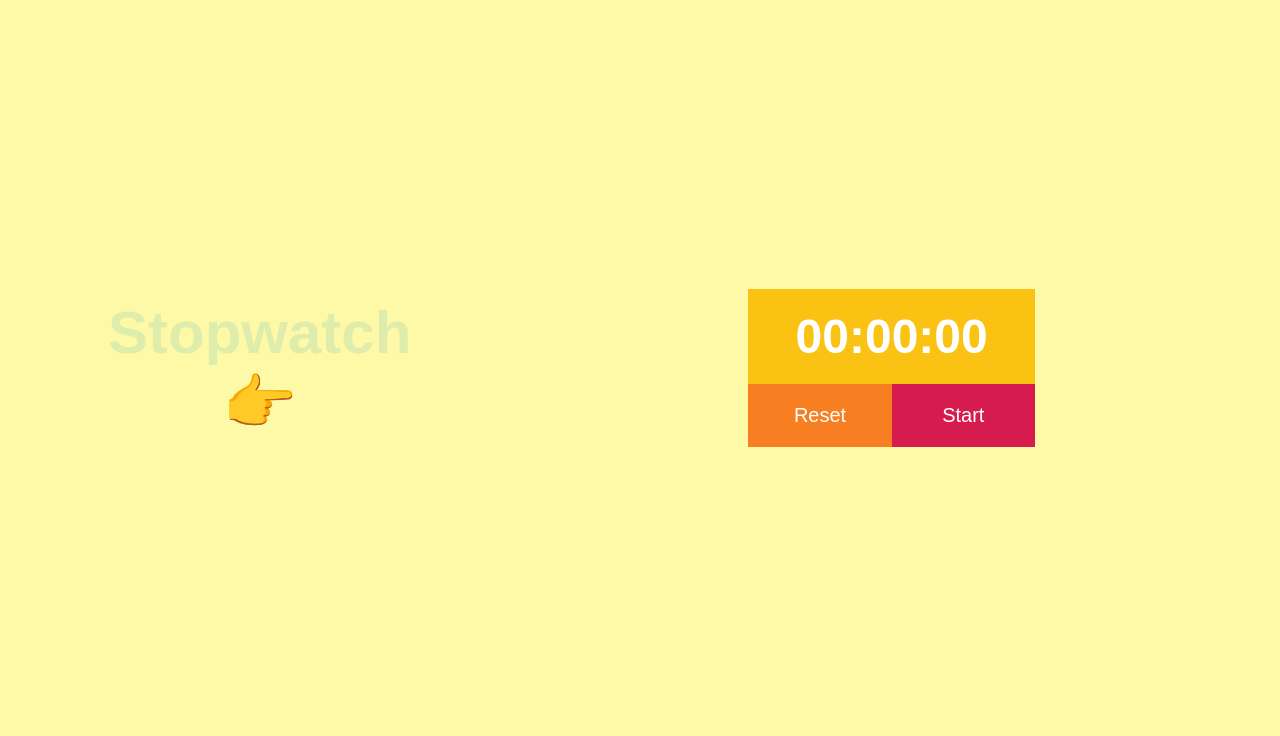
Repository: pilar122/stopwatch
Page: index.html
An editor plug-in stored every save of this project. The page is shown before and after the next save, followed by the edit.
The browser window is 1280 px wide. The pictures show the whole page.

Above is the page before, as saved 2022-06-19 13:04:42.

### index.html
<!DOCTYPE html>
<html>
    <head>
        <title>
            Stopwatch
        </title>
        <link href="stopwatch.css" rel="stylesheet">
        <script src="stopwatch.js"></script>
    </head>

    <div class="header">
        <h1>Stopwatch <br>👉</h1>
    </div>

    <body>

        <div id="stopwatch">
            <!--CURRENT TIME-->
            <div id="sw-time">00:00:00</div> <!-- sw is the time display-->

            <!--CONTROLS-->
            <input type="button" value="Reset" id="sw-rst" disabled/> <!--sw-rst is the reset button * and the disabled means that the buttons are at the moment-->
            <input type="button" value="Start" id="sw-go" disabled/> <!--sw-go is the start & stop button-->
        </div>
    </body>
</html>

### stopwatch.css
/* (A) CONTAINER */
#stopwatch {
    display: flex;
    flex-wrap: wrap;
    max-width: 400px;
    margin: 0 auto;
  }

  /* (B) TIME */
  #sw-time {
    width: 100%;
    padding: 20px 0;
    font-size: 48px;
    font-weight: bold;
    text-align: center;
    background: #FAC213;
    color: #fff;
  }

  /* (C) BUTTONS */
  #sw-rst, #sw-go {
    box-sizing: border-box;
    width: 50%;
    cursor: pointer;
    padding: 20px 0;
    border: 0;
    color: #fff;
    font-size: 20px;
  }
  #sw-rst { background-color: #F77E21; }
  #sw-go { background-color: #D61C4E; }

  /* (X) DOES NOT MATTER */
  /* PAGE & BODY */
  body {
    display: flex;
    align-items: center; justify-content: center;
    min-height: 100vh;
    background: #FEF9A7;
    background-repeat: no-repeat;
    background-position: center;
    background-size: cover;
  }
  * { font-family: arial, sans-serif; }

  /* WIDGET */
  .widget-wrap {
    min-width: 450px;
    padding: 30px;
    border-radius: 20px;
    background: rgba(255, 255, 255, 0.4);
  }

  .header {
    padding: 100px;
    text-align: center;
    color: #deecac;
    font-size: 30px;
  }

  /* HEADER */
  h1 { text-align: center; }
  #code-boxx {
    width: 100%;
    margin-top: 30px;
    text-align: center;
  }

  /* FOOTER */
  #code-boxx {
    font-weight: 600;
    margin-top: 30px;
  }
  #code-boxx a {
    display: inline-block;
    padding: 5px;
    text-decoration: none;
    background: #d3adad;
    color: #fff;
  }

### stopwatch.js
var sw = {
    // (A) PROPERTIES
    etime : null, // html time display
    erst : null, // html reset button
    ego : null, // html start/stop button
    timer : null, // timer object
    now : 0, // current elapsed time

    // (B) INITIALIZE
    init : () => {
      // (B1) GET HTML ELEMENTS
      sw.etime = document.getElementById("sw-time");
      sw.erst = document.getElementById("sw-rst");
      sw.ego = document.getElementById("sw-go");

      // (B2) ENABLE BUTTON CONTROLS
      sw.erst.onclick = sw.reset;
      sw.ego.onclick = sw.start;
      sw.erst.disabled = false;
      sw.ego.disabled = false;
    },

    // (C) START!
    start : () => {
      sw.timer = setInterval(sw.tick, 1000);
      sw.ego.value = "Stop";
      sw.ego.onclick = sw.stop;
    },

    // (D) STOP
    stop : () => {
      clearInterval(sw.timer);
      sw.timer = null;
      sw.ego.value = "Start";
      sw.ego.onclick = sw.start;
    },

    // (E) TIMER ACTION
    tick : () => {
      // (E1) CALCULATE HOURS, MINS, SECONDS
      sw.now++;
      let hours = 0, mins = 0, secs = 0,
      remain = sw.now;
      hours = Math.floor(remain / 3600);
      remain -= hours * 3600;
      mins = Math.floor(remain / 60);
      remain -= mins * 60;
      secs = remain;

      // (E2) UPDATE THE DISPLAY TIMER
      if (hours<10) { hours = "0" + hours; }
      if (mins<10) { mins = "0" + mins; }
      if (secs<10) { secs = "0" + secs; }
      sw.etime.innerHTML = hours + ":" + mins + ":" + secs;
    },

    // (F) RESET
    reset : () => {
      if (sw.timer != null) { sw.stop(); }
      sw.now = -1;
      sw.tick();
    }
  };
  window.addEventListener("load", sw.init);

After the next save:
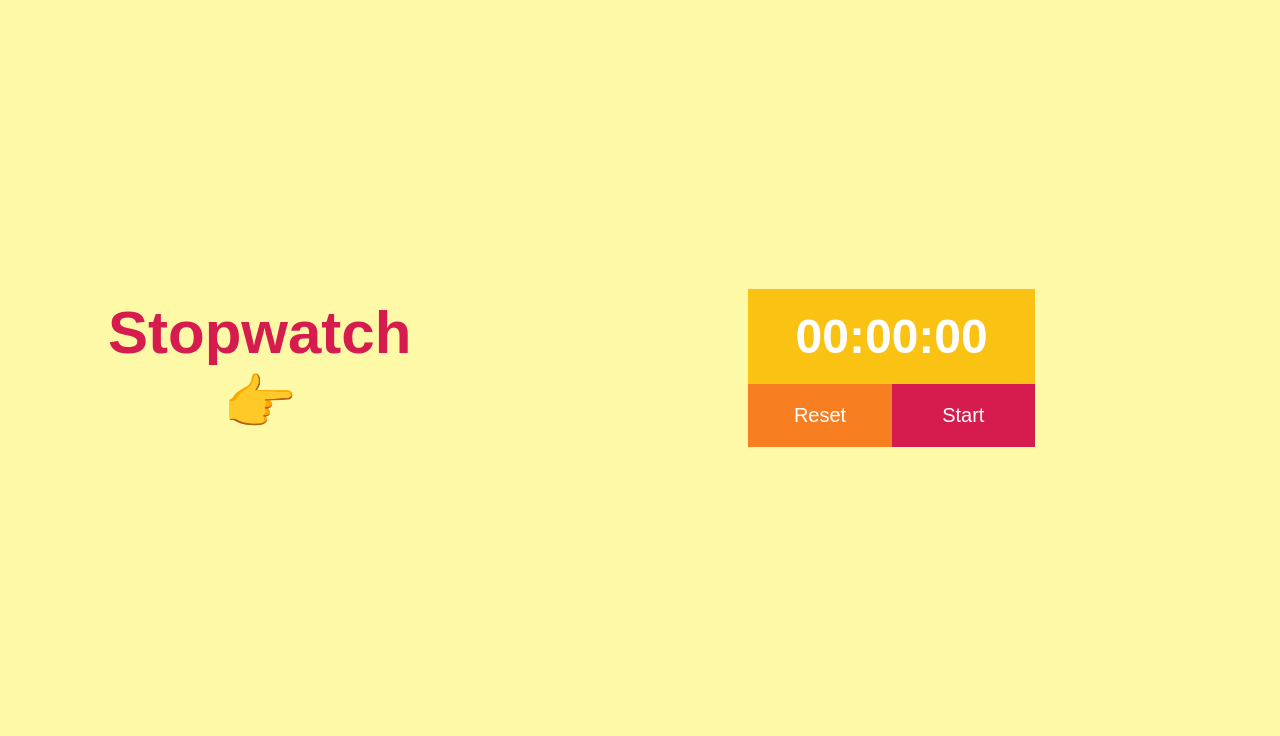
Saved 17 s later.
--- a/stopwatch.css
+++ b/stopwatch.css
@@ -54,7 +54,7 @@
   .header {
     padding: 100px;
     text-align: center;
-    color: #deecac;
+    color: #D61C4E;
     font-size: 30px;
   }
 
